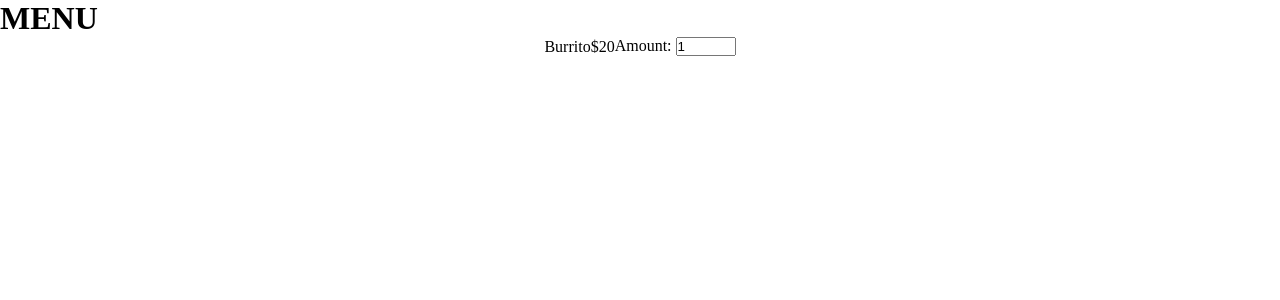
Repository: LamQuocPhu/JungTalent
Page: http://localhost/
The author's editor kept a copy of each file at every save. The page is drawn from the files as they stood at one save, then again after a run of saves.
The browser window is 1280 px wide. The pictures show the whole page.
The page is served by the project's Node server (index.js).

Above is the page before, as saved 2023-10-25 22:55:40.

After the next 4 saves:
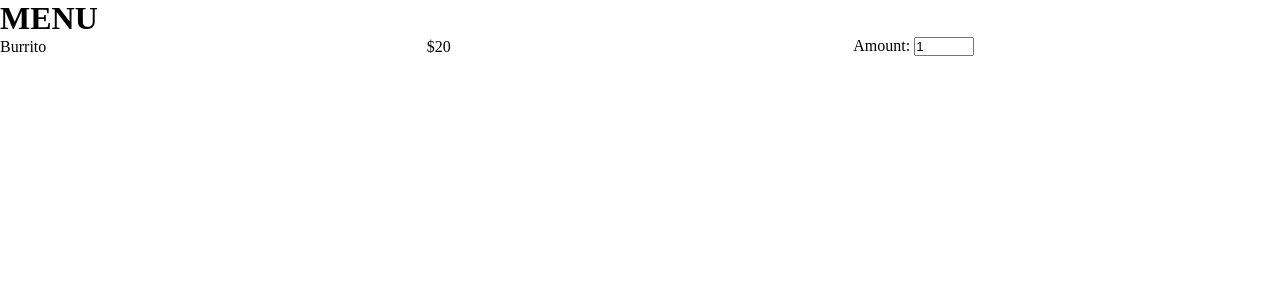
The 4 saves are shown as one change because they came seconds apart.
The last was saved 13 s later.
--- a/public/css/style.css
+++ b/public/css/style.css
@@ -16,11 +16,14 @@ align-items: center;
 width: 100%;
 }
 .item-name{
-
+width: 33.33%;
 }
 .item-price{
+width: 33.33%;
+
 
 }
 .item-amount{
+    width: 33.33%;
 
 }
